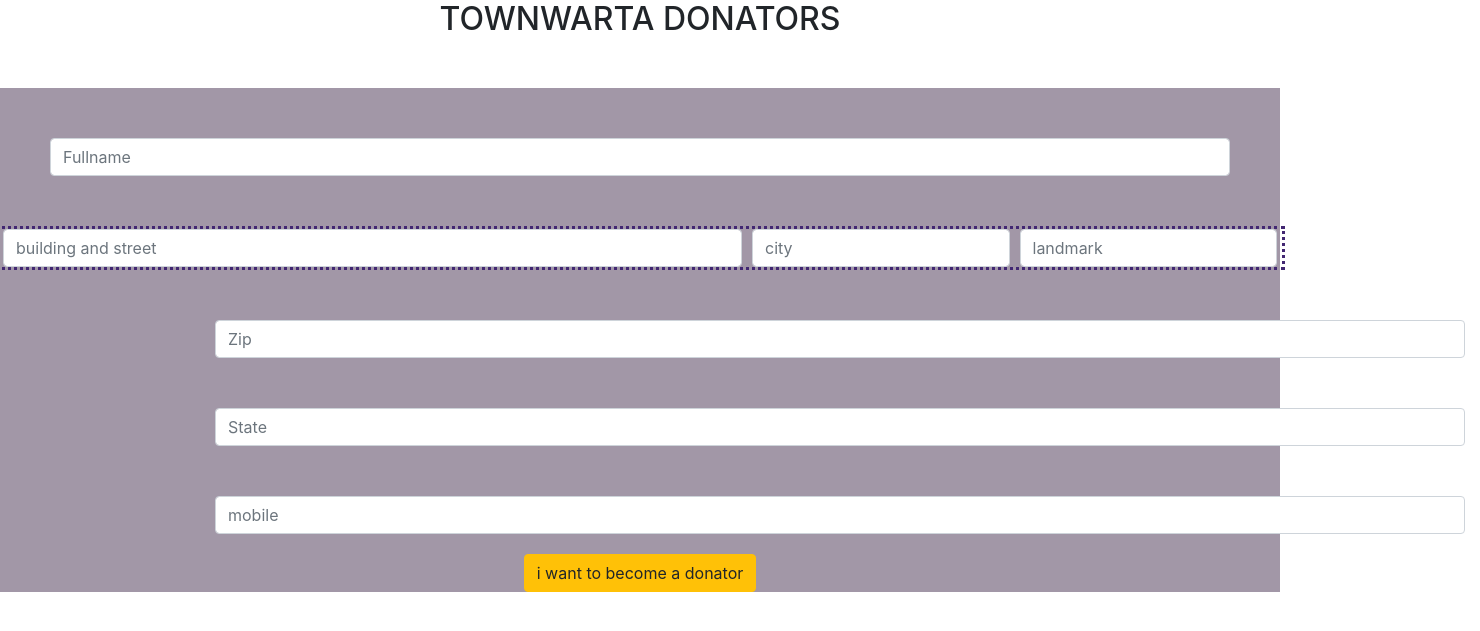
Repository: shivanand1988-28-06/townwarta
Page: http://localhost/donator/donator
These files come from the project's save history. The page is drawn as it stood at one moment and after the next save; the edit follows.
The browser window is 1280 px wide. The page is 1480 px wide, so the pictures cover 1480 px, including what lies to the right of the window. The pictures show the whole page.
The page is served by the project's Node server (Townwarta.js).

Above is the page before, as saved 2022-08-30 23:11:14.

After the next save:
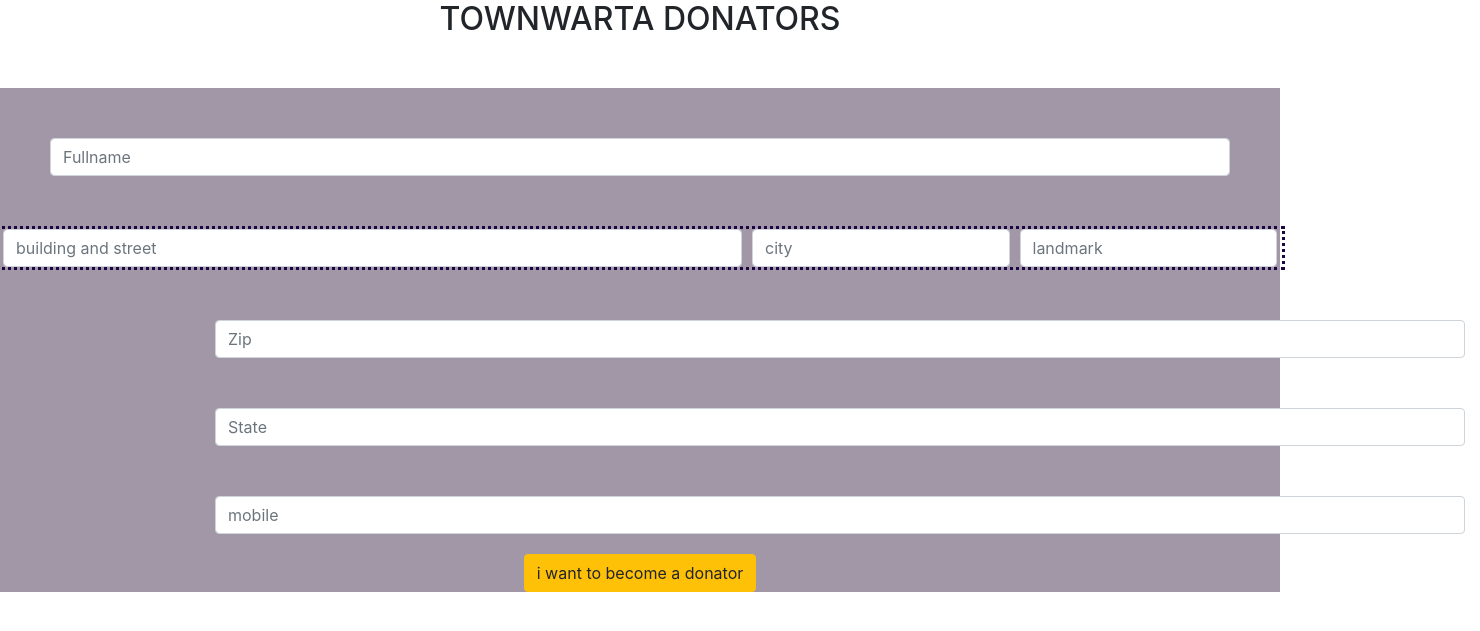
Saved 19 s later.
--- a/views/articles/donator.ejs
+++ b/views/articles/donator.ejs
@@ -14,7 +14,7 @@
         <div class="col" style = "margin-top: 50px ; padding:50px ">
             <input type="text" name = "name" id = "name"class="form-control" placeholder="Fullname">
           </div>
-        <div class="form-row" style = "border: 3px rgb(66, 39, 114) dotted;">
+        <div class="form-row" style = "border: 3px rgb(28, 6, 66) dotted;">
 
           <div class="col-7">
             <input type="text"name = "street" class="form-control" placeholder="building and street">
